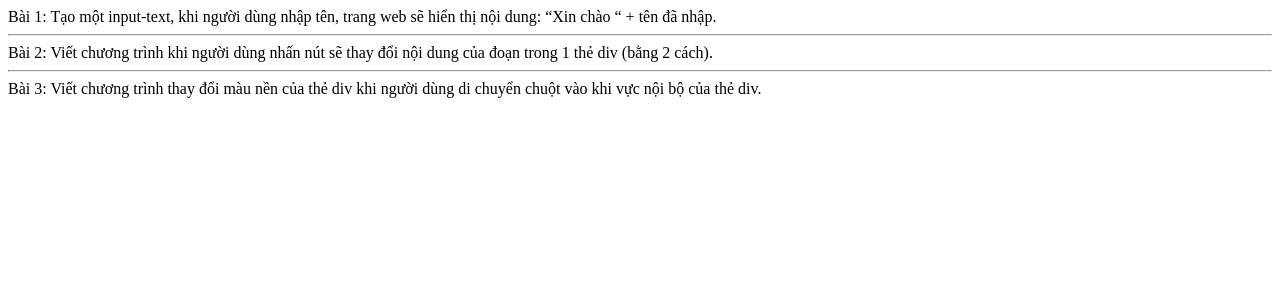
Repository: vnmk1/jsp_servlet-tutorials
Page: Bai5_JavaScript/src/main/webapp/bai_tap_3.html
The author's editor kept a copy of each file at every save. The page is drawn from the files as they stood at one save, then again after the next save.
The browser window is 1280 px wide. The pictures show the whole page.

Above is the page before, as saved 2023-07-18 09:05:51.

### Bai5_JavaScript/src/main/webapp/bai_tap_3.html
<!DOCTYPE html>
<html>
<head>
<meta charset="UTF-8">
<title>Insert title here</title>
</head>
<body>
<div>
Bài 1: Tạo một input-text, khi người dùng nhập tên, trang web sẽ hiển thị nội dung: “Xin chào “ + tên đã nhập.

<hr/>

Bài 2: Viết chương trình khi người dùng nhấn nút sẽ thay đổi nội dung của đoạn trong 1 thẻ div (bằng 2 cách).

<hr/>

Bài 3: Viết chương trình thay đổi màu nền của thẻ div khi người dùng di chuyển chuột vào khi vực nội bộ của thẻ div.

</div>
</body>
</html>

After the next save:
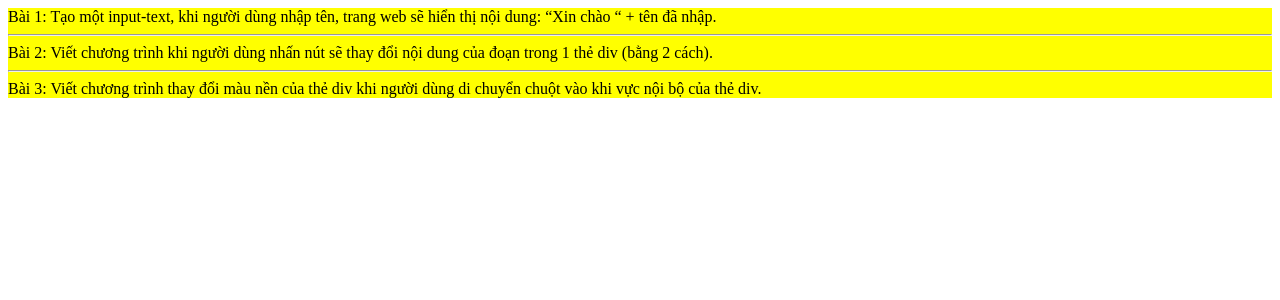
Saved 29 s later.
--- a/Bai5_JavaScript/src/main/webapp/bai_tap_3.html
+++ b/Bai5_JavaScript/src/main/webapp/bai_tap_3.html
@@ -5,7 +5,7 @@
 <title>Insert title here</title>
 </head>
 <body>
-<div>
+<div style="background-color: yellow;">
 Bài 1: Tạo một input-text, khi người dùng nhập tên, trang web sẽ hiển thị nội dung: “Xin chào “ + tên đã nhập.
 
 <hr/>
